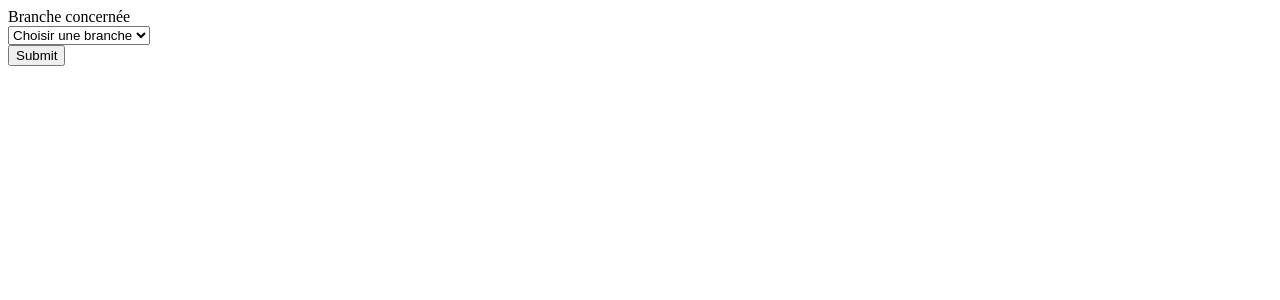
Repository: antsamadagascar/HR-Recruitment
Page: http://localhost/semestre5/application/views/home/user_dashboard_view.php
These files come from the project's save history. The page is drawn as it stood at one moment and after the next save; the edit follows.
The browser window is 1280 px wide. The pictures show the whole page.
The page is run by PHP 8.4 with error messages shown; the project is at /var/www/html/. application/core/MY_Config.php is not in the repository; a stand-in opens the database connection.

Above is the page before, as saved 2024-11-13 16:26:39.
Console error: SyntaxError: Unexpected token '<'

### application/views/home/user_dashboard_view.php
<!DOCTYPE html>
<html lang="en">

<head>
  <meta charset="utf-8">
  <meta content="width=device-width, initial-scale=1.0" name="viewport">

  <meta content="" name="description">
  <meta content="" name="keywords">

  <!-- Favicons -->
  <link href="assets/img/favicon.png" rel="icon">
  <link href="assets/img/apple-touch-icon.png" rel="apple-touch-icon">

  <!-- Google Fonts -->
  <link href="https://fonts.gstatic.com" rel="preconnect">
  <link href="https://fonts.googleapis.com/css?family=Open+Sans:300,300i,400,400i,600,600i,700,700i|Nunito:300,300i,400,400i,600,600i,700,700i|Poppins:300,300i,400,400i,500,500i,600,600i,700,700i" rel="stylesheet">

  <!-- Vendor CSS Files -->
  <link href="assets/vendor/bootstrap/css/bootstrap.min.css" rel="stylesheet">
  <link href="assets/vendor/bootstrap-icons/bootstrap-icons.css" rel="stylesheet">
  <link href="assets/vendor/boxicons/css/boxicons.min.css" rel="stylesheet">
  <link href="assets/vendor/quill/quill.snow.css" rel="stylesheet">
  <link href="assets/vendor/quill/quill.bubble.css" rel="stylesheet">
  <link href="assets/vendor/remixicon/remixicon.css" rel="stylesheet">
  <link href="assets/vendor/simple-datatables/style.css" rel="stylesheet">

  <!-- Template Main CSS File -->
  <link href="assets/css/style.css" rel="stylesheet">

</head>

<body>
<div class="row">
        <div class="card">
        <div class="card-body">
            <form>
                <div class="row mb-3">
                    <label class="col-sm-2 col-form-label">Branche concernée</label>
                    <div class="col-sm-10">
                    <select class="form-select" aria-label="Default select example">
                        <option selected>Choisir une branche</option>
                        <option value="1">branche 1</option>
                        <option value="2">branche 2</option>
                        <option value="3">branche 3</option>
                    </select>
                    </div>
                </div>
                <div class="row mb-3">
                    <div class="col-sm-10">
                    <button type="submit" class="btn btn-primary">Submit</button>
                    </div>
                </div>

            </form>

        </div>
        </div>
  <a href="#" class="back-to-top d-flex align-items-center justify-content-center"><i class="bi bi-arrow-up-short"></i></a>

  <!-- Vendor JS Files -->
  <script src="assets/vendor/apexcharts/apexcharts.min.js"></script>
  <script src="assets/vendor/bootstrap/js/bootstrap.bundle.min.js"></script>
  <script src="assets/vendor/chart.js/chart.min.js"></script>
  <script src="assets/vendor/echarts/echarts.min.js"></script>
  <script src="assets/vendor/quill/quill.min.js"></script>
  <script src="assets/vendor/simple-datatables/simple-datatables.js"></script>
  <script src="assets/vendor/tinymce/tinymce.min.js"></script>
  <script src="assets/vendor/php-email-form/validate.js"></script>

  <!-- Template Main JS File -->
  <script src="assets/js/main.js"></script>

</body>

</html>

### index.php
<?php
/**
 * CodeIgniter
 *
 * An open source application development framework for PHP
 *
 * This content is released under the MIT License (MIT)
 *
 * Copyright (c) 2014 - 2016, British Columbia Institute of Technology
 *
 * Permission is hereby granted, free of charge, to any person obtaining a copy
 * of this software and associated documentation files (the "Software"), to deal
 * in the Software without restriction, including without limitation the rights
 * to use, copy, modify, merge, publish, distribute, sublicense, and/or sell
 * copies of the Software, and to permit persons to whom the Software is
 * furnished to do so, subject to the following conditions:
 *
 * The above copyright notice and this permission notice shall be included in
 * all copies or substantial portions of the Software.
 *
 * THE SOFTWARE IS PROVIDED "AS IS", WITHOUT WARRANTY OF ANY KIND, EXPRESS OR
 * IMPLIED, INCLUDING BUT NOT LIMITED TO THE WARRANTIES OF MERCHANTABILITY,
 * FITNESS FOR A PARTICULAR PURPOSE AND NONINFRINGEMENT. IN NO EVENT SHALL THE
 * AUTHORS OR COPYRIGHT HOLDERS BE LIABLE FOR ANY CLAIM, DAMAGES OR OTHER
 * LIABILITY, WHETHER IN AN ACTION OF CONTRACT, TORT OR OTHERWISE, ARISING FROM,
 * OUT OF OR IN CONNECTION WITH THE SOFTWARE OR THE USE OR OTHER DEALINGS IN
 * THE SOFTWARE.
 *
 * @package	CodeIgniter
 * @author	EllisLab Dev Team
 * @copyright	Copyright (c) 2008 - 2014, EllisLab, Inc. (https://ellislab.com/)
 * @copyright	Copyright (c) 2014 - 2016, British Columbia Institute of Technology (http://bcit.ca/)
 * @license	http://opensource.org/licenses/MIT	MIT License
 * @link	https://codeigniter.com
 * @since	Version 1.0.0
 * @filesource
 */

/*
 *---------------------------------------------------------------
 * APPLICATION ENVIRONMENT
 *---------------------------------------------------------------
 *
 * You can load different configurations depending on your
 * current environment. Setting the environment also influences
 * things like logging and error reporting.
 *
 * This can be set to anything, but default usage is:
 *
 *     development
 *     testing
 *     production
 *
 * NOTE: If you change these, also change the error_reporting() code below
 */
	define('ENVIRONMENT', isset($_SERVER['CI_ENV']) ? $_SERVER['CI_ENV'] : 'development');

/*
 *---------------------------------------------------------------
 * ERROR REPORTING
 *---------------------------------------------------------------
 *
 * Different environments will require different levels of error reporting.
 * By default development will show errors but testing and live will hide them.
 */
switch (ENVIRONMENT)
{
	case 'development':
		error_reporting(-1);
		ini_set('display_errors', 1);
	break;

	case 'testing':
	case 'production':
		ini_set('display_errors', 0);
		if (version_compare(PHP_VERSION, '5.3', '>='))
		{
			error_reporting(E_ALL & ~E_NOTICE & ~E_DEPRECATED & ~E_STRICT & ~E_USER_NOTICE & ~E_USER_DEPRECATED);
		}
		else
		{
			error_reporting(E_ALL & ~E_NOTICE & ~E_STRICT & ~E_USER_NOTICE);
		}
	break;

	default:
		header('HTTP/1.1 503 Service Unavailable.', TRUE, 503);
		echo 'The application environment is not set correctly.';
		exit(1); // EXIT_ERROR
}

/*
 *---------------------------------------------------------------
 * SYSTEM DIRECTORY NAME
 *---------------------------------------------------------------
 *
 * This variable must contain the name of your "system" directory.
 * Set the path if it is not in the same directory as this file.
 */
	$system_path = 'system';

/*
 *---------------------------------------------------------------
 * APPLICATION DIRECTORY NAME
 *---------------------------------------------------------------
 *
 * If you want this front controller to use a different "application"
 * directory than the default one you can set its name here. The directory
 * can also be renamed or relocated anywhere on your server. If you do,
 * use an absolute (full) server path.
 * For more info please see the user guide:
 *
 * https://codeigniter.com/user_guide/general/managing_apps.html
 *
 * NO TRAILING SLASH!
 */
	$application_folder = 'application';

/*
 *---------------------------------------------------------------
 * VIEW DIRECTORY NAME
 *---------------------------------------------------------------
 *
 * If you want to move the view directory out of the application
 * directory, set the path to it here. The directory can be renamed
 * and relocated anywhere on your server. If blank, it will default
 * to the standard location inside your application directory.
 * If you do move this, use an absolute (full) server path.
 *
 * NO TRAILING SLASH!
 */
	$view_folder = '';


/*
 * --------------------------------------------------------------------
 * DEFAULT CONTROLLER
 * --------------------------------------------------------------------
 *
 * Normally you will set your default controller in the routes.php file.
 * You can, however, force a custom routing by hard-coding a
 * specific controller class/function here. For most applications, you
 * WILL NOT set your routing here, but it's an option for those
 * special instances where you might want to override the standard
 * routing in a specific front controller that shares a common CI installation.
 *
 * IMPORTANT: If you set the routing here, NO OTHER controller will be
 * callable. In essence, this preference limits your application to ONE
 * specific controller. Leave the function name blank if you need
 * to call functions dynamically via the URI.
 *
 * Un-comment the $routing array below to use this feature
 */
	// The directory name, relative to the "controllers" directory.  Leave blank
	// if your controller is not in a sub-directory within the "controllers" one
	// $routing['directory'] = '';

	// The controller class file name.  Example:  mycontroller
	// $routing['controller'] = '';

	// The controller function you wish to be called.
	// $routing['function']	= '';


/*
 * -------------------------------------------------------------------
 *  CUSTOM CONFIG VALUES
 * -------------------------------------------------------------------
 *
 * The $assign_to_config array below will be passed dynamically to the
 * config class when initialized. This allows you to set custom config
 * items or override any default config values found in the config.php file.
 * This can be handy as it permits you to share one application between
 * multiple front controller files, with each file containing different
 * config values.
 *
 * Un-comment the $assign_to_config array below to use this feature
 */
	// $assign_to_config['name_of_config_item'] = 'value of config item';



// --------------------------------------------------------------------
// END OF USER CONFIGURABLE SETTINGS.  DO NOT EDIT BELOW THIS LINE
// --------------------------------------------------------------------

/*
 * ---------------------------------------------------------------
 *  Resolve the system path for increased reliability
 * ---------------------------------------------------------------
 */

	// Set the current directory correctly for CLI requests
	if (defined('STDIN'))
	{
		chdir(dirname(__FILE__));
	}

	if (($_temp = realpath($system_path)) !== FALSE)
	{
		$system_path = $_temp.DIRECTORY_SEPARATOR;
	}
	else
	{
		// Ensure there's a trailing slash
		$system_path = strtr(
			rtrim($system_path, '/\\'),
			'/\\',
			DIRECTORY_SEPARATOR.DIRECTORY_SEPARATOR
		).DIRECTORY_SEPARATOR;
	}

	// Is the system path correct?
	if ( ! is_dir($system_path))
	{
		header('HTTP/1.1 503 Service Unavailable.', TRUE, 503);
		echo 'Your system folder path does not appear to be set correctly. Please open the following file and correct this: '.pathinfo(__FILE__, PATHINFO_BASENAME);
		exit(3); // EXIT_CONFIG
	}

/*
 * -------------------------------------------------------------------
 *  Now that we know the path, set the main path constants
 * -------------------------------------------------------------------
 */
	// The name of THIS file
	define('SELF', pathinfo(__FILE__, PATHINFO_BASENAME));

	// Path to the system directory
	define('BASEPATH', $system_path);

	// Path to the front controller (this file) directory
	define('FCPATH', dirname(__FILE__).DIRECTORY_SEPARATOR);

	// Name of the "system" directory
	define('SYSDIR', basename(BASEPATH));

	// The path to the "application" directory
	if (is_dir($application_folder))
	{
		if (($_temp = realpath($application_folder)) !== FALSE)
		{
			$application_folder = $_temp;
		}
		else
		{
			$application_folder = strtr(
				rtrim($application_folder, '/\\'),
				'/\\',
				DIRECTORY_SEPARATOR.DIRECTORY_SEPARATOR
			);
		}
	}
	elseif (is_dir(BASEPATH.$application_folder.DIRECTORY_SEPARATOR))
	{
		$application_folder = BASEPATH.strtr(
			trim($application_folder, '/\\'),
			'/\\',
			DIRECTORY_SEPARATOR.DIRECTORY_SEPARATOR
		);
	}
	else
	{
		header('HTTP/1.1 503 Service Unavailable.', TRUE, 503);
		echo 'Your application folder path does not appear to be set correctly. Please open the following file and correct this: '.SELF;
		exit(3); // EXIT_CONFIG
	}

	define('APPPATH', $application_folder.DIRECTORY_SEPARATOR);

	// The path to the "views" directory
	if ( ! isset($view_folder[0]) && is_dir(APPPATH.'views'.DIRECTORY_SEPARATOR))
	{
		$view_folder = APPPATH.'views';
	}
	elseif (is_dir($view_folder))
	{
		if (($_temp = realpath($view_folder)) !== FALSE)
		{
			$view_folder = $_temp;
		}
		else
		{
			$view_folder = strtr(
				rtrim($view_folder, '/\\'),
				'/\\',
				DIRECTORY_SEPARATOR.DIRECTORY_SEPARATOR
			);
		}
	}
	elseif (is_dir(APPPATH.$view_folder.DIRECTORY_SEPARATOR))
	{
		$view_folder = APPPATH.strtr(
			trim($view_folder, '/\\'),
			'/\\',
			DIRECTORY_SEPARATOR.DIRECTORY_SEPARATOR
		);
	}
	else
	{
		header('HTTP/1.1 503 Service Unavailable.', TRUE, 503);
		echo 'Your view folder path does not appear to be set correctly. Please open the following file and correct this: '.SELF;
		exit(3); // EXIT_CONFIG
	}

	define('VIEWPATH', $view_folder.DIRECTORY_SEPARATOR);

/*
 * --------------------------------------------------------------------
 * LOAD THE BOOTSTRAP FILE
 * --------------------------------------------------------------------
 *
 * And away we go...
 */
require_once BASEPATH.'core/CodeIgniter.php';

### application/views/errors/html/error_php.php
<?php
defined('BASEPATH') OR exit('No direct script access allowed');
?>

<div style="border:1px solid #990000;padding-left:20px;margin:0 0 10px 0;">

<h4>A PHP Error was encountered</h4>

<p>Severity: <?php echo $severity; ?></p>
<p>Message:  <?php echo $message; ?></p>
<p>Filename: <?php echo $filepath; ?></p>
<p>Line Number: <?php echo $line; ?></p>

<?php if (defined('SHOW_DEBUG_BACKTRACE') && SHOW_DEBUG_BACKTRACE === TRUE): ?>

	<p>Backtrace:</p>
	<?php foreach (debug_backtrace() as $error): ?>

		<?php if (isset($error['file']) && strpos($error['file'], realpath(BASEPATH)) !== 0): ?>

			<p style="margin-left:10px">
			File: <?php echo $error['file'] ?><br />
			Line: <?php echo $error['line'] ?><br />
			Function: <?php echo $error['function'] ?>
			</p>

		<?php endif ?>

	<?php endforeach ?>

<?php endif ?>

</div>

### application/views/errors/html/error_exception.php
<?php
defined('BASEPATH') OR exit('No direct script access allowed');
?>

<div style="border:1px solid #990000;padding-left:20px;margin:0 0 10px 0;">

<h4>An uncaught Exception was encountered</h4>

<p>Type: <?php echo get_class($exception); ?></p>
<p>Message: <?php echo $message; ?></p>
<p>Filename: <?php echo $exception->getFile(); ?></p>
<p>Line Number: <?php echo $exception->getLine(); ?></p>

<?php if (defined('SHOW_DEBUG_BACKTRACE') && SHOW_DEBUG_BACKTRACE === TRUE): ?>

	<p>Backtrace:</p>
	<?php foreach ($exception->getTrace() as $error): ?>

		<?php if (isset($error['file']) && strpos($error['file'], realpath(BASEPATH)) !== 0): ?>

			<p style="margin-left:10px">
			File: <?php echo $error['file']; ?><br />
			Line: <?php echo $error['line']; ?><br />
			Function: <?php echo $error['function']; ?>
			</p>
		<?php endif ?>

	<?php endforeach ?>

<?php endif ?>

</div>

Loaded but not shown: system/core/CodeIgniter.php (common file); application/config/constants.php (common file); system/core/Common.php (common file); system/core/Benchmark.php (common file); system/core/Hooks.php (common file); system/core/Config.php (common file); system/core/Exceptions.php (common file); system/core/Log.php (common file); application/config/config.php (513 lines, source omitted)

After the next save:
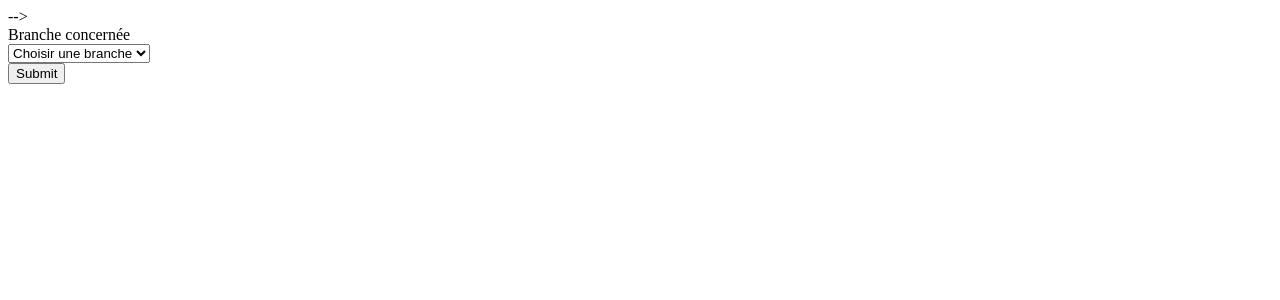
Saved 12 s later.
--- a/application/views/home/user_dashboard_view.php
+++ b/application/views/home/user_dashboard_view.php
@@ -13,7 +13,7 @@
   <link href="assets/img/apple-touch-icon.png" rel="apple-touch-icon">
 
   <!-- Google Fonts -->
-  <link href="https://fonts.gstatic.com" rel="preconnect">
+  <!-- <link href="https://fonts.gstatic.com" rel="preconnect">
   <link href="https://fonts.googleapis.com/css?family=Open+Sans:300,300i,400,400i,600,600i,700,700i|Nunito:300,300i,400,400i,600,600i,700,700i|Poppins:300,300i,400,400i,500,500i,600,600i,700,700i" rel="stylesheet">
 
   <!-- Vendor CSS Files -->
@@ -23,7 +23,7 @@
   <link href="assets/vendor/quill/quill.snow.css" rel="stylesheet">
   <link href="assets/vendor/quill/quill.bubble.css" rel="stylesheet">
   <link href="assets/vendor/remixicon/remixicon.css" rel="stylesheet">
-  <link href="assets/vendor/simple-datatables/style.css" rel="stylesheet">
+  <link href="assets/vendor/simple-datatables/style.css" rel="stylesheet"> -->
 
   <!-- Template Main CSS File -->
   <link href="assets/css/style.css" rel="stylesheet">

After the 4 saves that followed:
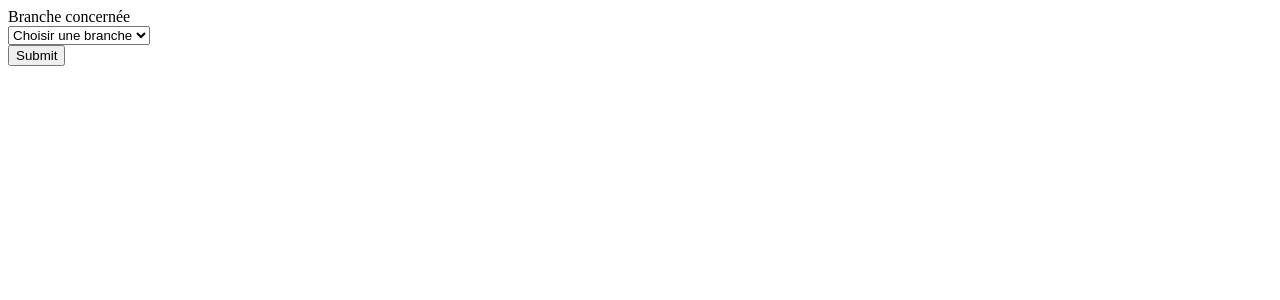
The 4 saves are shown as one change because they came seconds apart.
The last was saved 11 s later.
--- a/application/views/home/user_dashboard_view.php
+++ b/application/views/home/user_dashboard_view.php
@@ -9,15 +9,15 @@
   <meta content="" name="keywords">
 
   <!-- Favicons -->
-  <link href="assets/img/favicon.png" rel="icon">
-  <link href="assets/img/apple-touch-icon.png" rel="apple-touch-icon">
+  <!-- <link href="assets/img/favicon.png" rel="icon">
+  <link href="assets/img/apple-touch-icon.png" rel="apple-touch-icon"> -->
 
   <!-- Google Fonts -->
   <!-- <link href="https://fonts.gstatic.com" rel="preconnect">
-  <link href="https://fonts.googleapis.com/css?family=Open+Sans:300,300i,400,400i,600,600i,700,700i|Nunito:300,300i,400,400i,600,600i,700,700i|Poppins:300,300i,400,400i,500,500i,600,600i,700,700i" rel="stylesheet">
+  <link href="https://fonts.googleapis.com/css?family=Open+Sans:300,300i,400,400i,600,600i,700,700i|Nunito:300,300i,400,400i,600,600i,700,700i|Poppins:300,300i,400,400i,500,500i,600,600i,700,700i" rel="stylesheet"> -->
 
   <!-- Vendor CSS Files -->
-  <link href="assets/vendor/bootstrap/css/bootstrap.min.css" rel="stylesheet">
+  <!-- <link href="assets/vendor/bootstrap/css/bootstrap.min.css" rel="stylesheet">
   <link href="assets/vendor/bootstrap-icons/bootstrap-icons.css" rel="stylesheet">
   <link href="assets/vendor/boxicons/css/boxicons.min.css" rel="stylesheet">
   <link href="assets/vendor/quill/quill.snow.css" rel="stylesheet">
